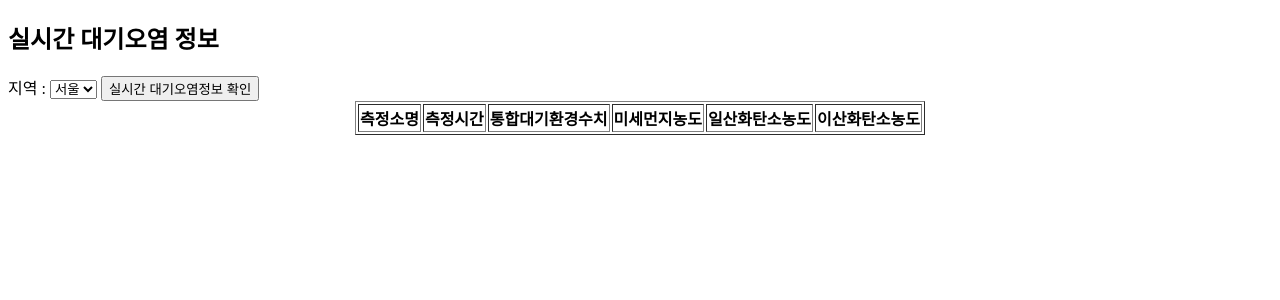
Repository: yeoneeeeeee/KH
Page: http://localhost/Opendata_Project/
An editor plug-in stored every save of this project. The page is shown before and after the next save, followed by the edit.
The browser window is 1280 px wide. The pictures show the whole page.
The page is served by Tomcat 9. Other server files are loaded and not shown.

Above is the page before, as saved 2023-08-17 01:18:43.

### Spring-Workspace/Opendata_Project/src/main/webapp/index.jsp
<%@ page language="java" contentType="text/html; charset=UTF-8"
    pageEncoding="UTF-8"%>
<!DOCTYPE html>
<html>
<head>
<meta charset="UTF-8">
<title>Insert title here</title>
<script src="https://ajax.googleapis.com/ajax/libs/jquery/3.4.1/jquery.min.js"></script>
</head>
<body>

	<h2>실시간 대기오염 정보</h2>

	지역 :
	<select id="location">
		<option>서울</option>
		<option>부산</option>
		<option>대전</option>
		<option>대구</option>
		<option>경기</option>
	</select>


	<button id="btn1">실시간 대기오염정보 확인</button>

	<table id="result1" border="1" align="center">
		<thead>
			<tr>
				<th>측정소명</th>
				<th>측정시간</th>
				<th>통합대기환경수치</th>
				<th>미세먼지농도</th>
				<th>일산화탄소농도</th>
				<th>이산화탄소농도</th>
			</tr>
		</thead>
	</table>

	<script>
		$(()=> {

			$("#btn1").click( () => {
				$.ajax({
					url : 'air.do',
					data : {"location" : $("#location").val() },
					success : function(data){
						//console.log(data);
					}
				})
			})
		})
	</script>














</body>
</html>

After the next save:
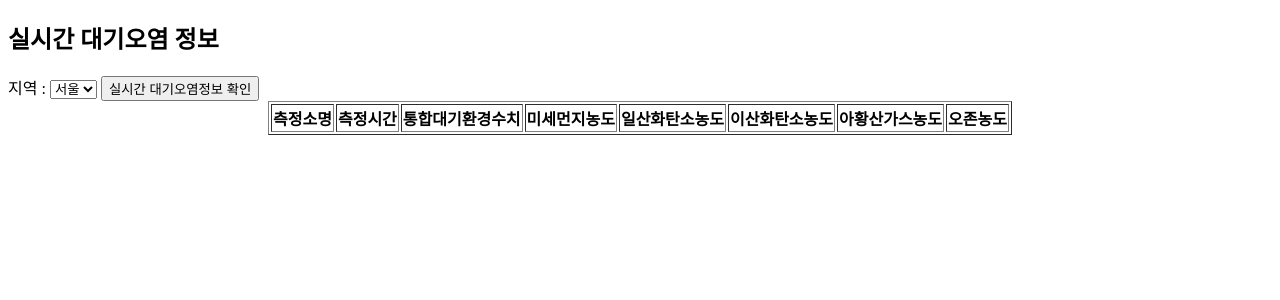
Saved 11 s later.
--- a/Spring-Workspace/Opendata_Project/src/main/webapp/index.jsp
+++ b/Spring-Workspace/Opendata_Project/src/main/webapp/index.jsp
@@ -32,6 +32,8 @@
 				<th>미세먼지농도</th>
 				<th>일산화탄소농도</th>
 				<th>이산화탄소농도</th>
+				<th>아황산가스농도</th>
+				<th>오존농도</th>
 			</tr>
 		</thead>
 	</table>
